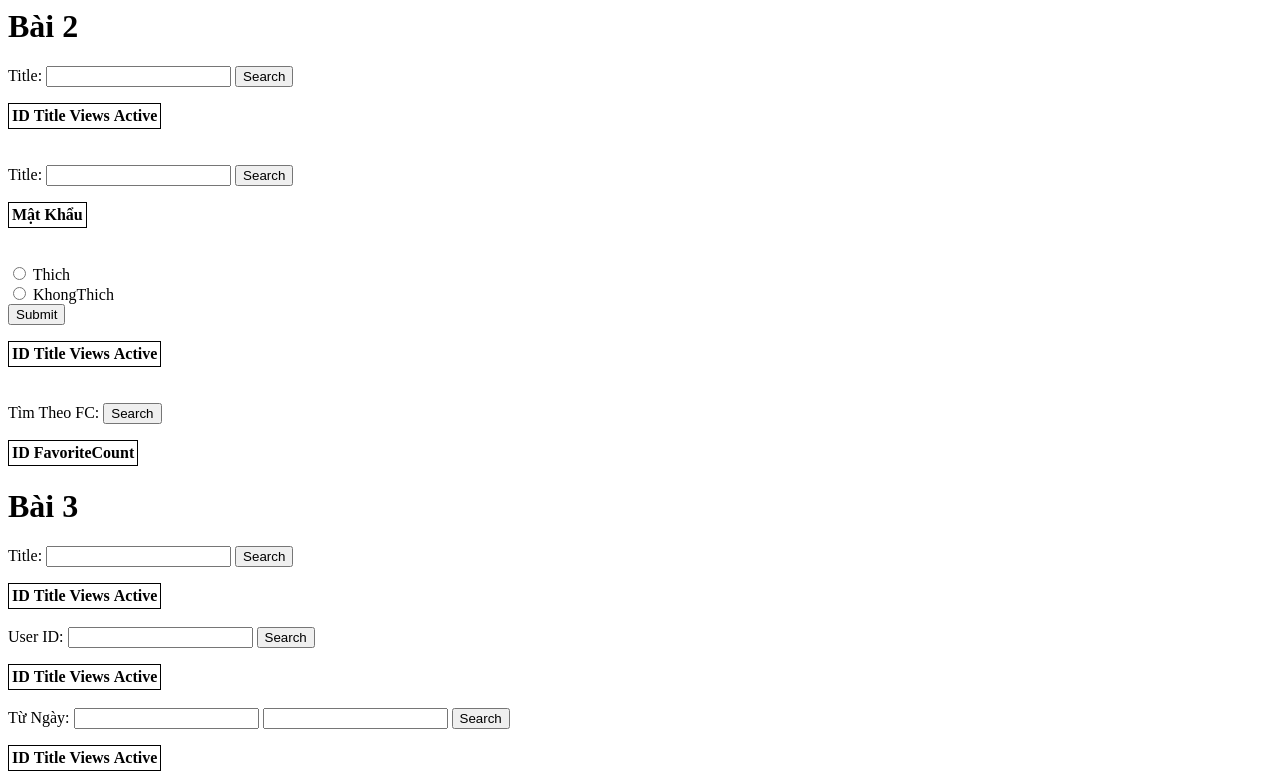
Repository: Hacorbie/Java-Servlet
Page: http://localhost/ASM_JV4/views/NewFile.jsp
The author's editor kept a copy of each file at every save. The page is drawn from the files as they stood at one save, then again after the next save.
The browser window is 1280 px wide. The pictures show the whole page.
The page is served by Tomcat 9. The template is opened directly, without the code that normally fills it, so the values that code supplies are empty.

Above is the page before, as saved 2023-04-05 08:09:40.

After the next save:
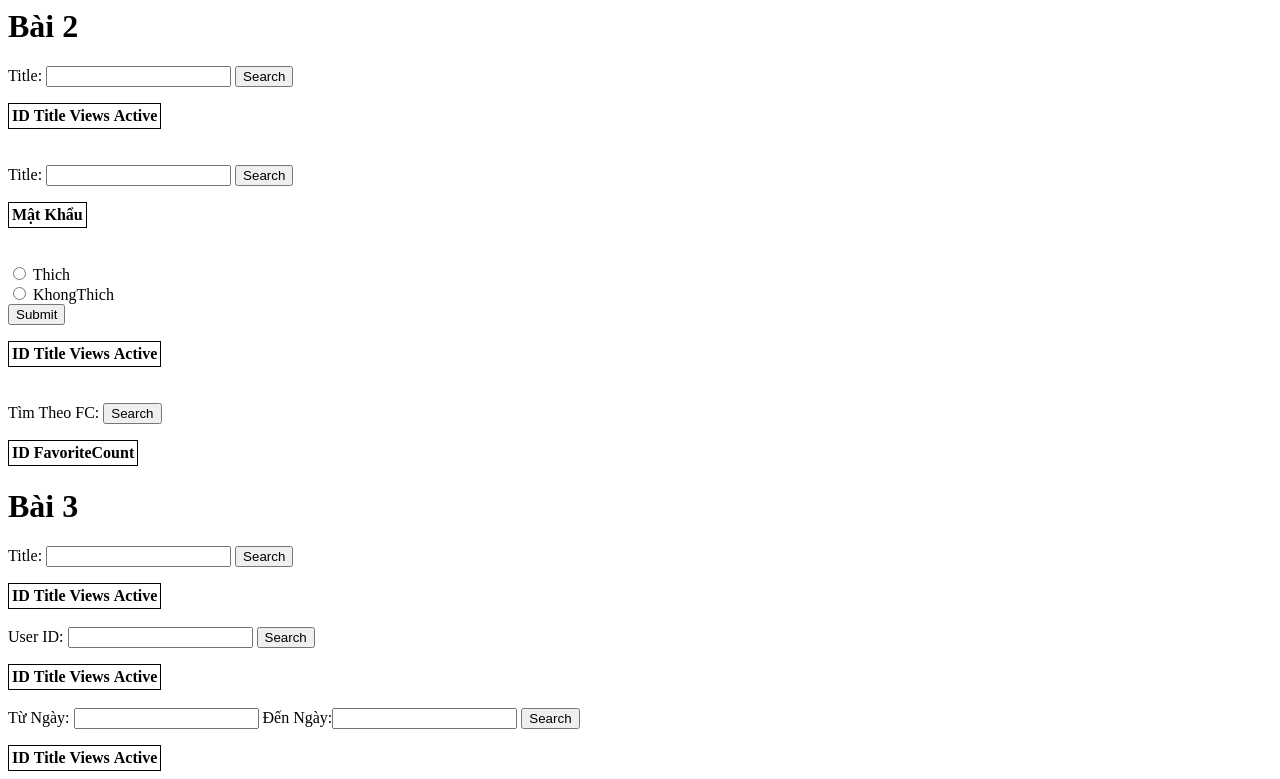
Saved 12 s later.
--- a/ASM_JV4/src/main/webapp/views/NewFile.jsp
+++ b/ASM_JV4/src/main/webapp/views/NewFile.jsp
@@ -159,7 +159,7 @@
 	</table>
 	<br>
 	<form action="${url}/SearchVidByM" method="POST">
-		<label>Từ Ngày:</label> <input type="text" name="searchvimf"> <input type="text" name="searchvimt">
+		<label>Từ Ngày:</label> <input type="text" name="searchvimf"> <label>Đến Ngày:</label><input type="text" name="searchvimt">
 		<button type="submit">Search</button>
 	</form>
 	<table style="border: 1px solid black">
